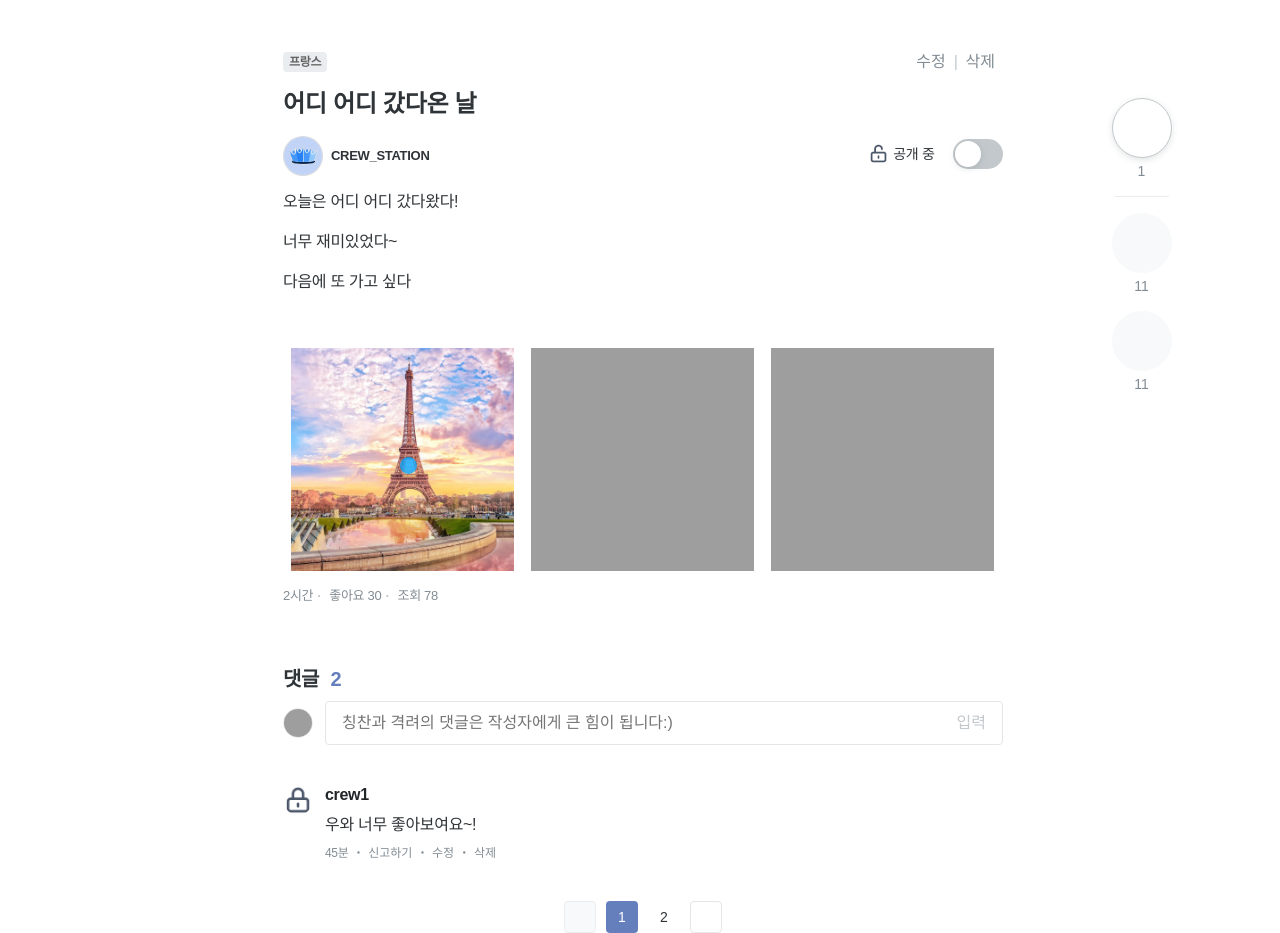
Repository: crew-station/front
Page: templates/mypage/my-diary/detail.html
The author's editor kept a copy of each file at every save. The page is drawn from the files as they stood at one save, then again after the next save.
The browser window is 1280 px wide. The pictures show the whole page.
Pictures or frames that could not be fetched are drawn as grey boxes. Some web fonts or font styles are not loaded; a fallback is used.

Above is the page before, as saved 2025-09-23 14:57:17.

### templates/mypage/my-diary/detail.html
<!DOCTYPE html>
<html lang="en">
<head>
    <meta charset="UTF-8">
    <meta name="viewport" content="width=device-width, initial-scale=1.0">
    <title>Crew Station</title>
    <link rel="shortcut icon" href="/static/images/crew-station-favicon.png" type="image/x-icon">
    <link rel="stylesheet" href="/static/css/font.css">
    <link rel="stylesheet" href="/static/css/mypage/my-diary/detail.css">
</head>
<body>
    <div class="content-container">
        <div class="content">
            <div class="content-wrap">
                <div class="crew-label-wrap">
                    <!-- 크루 이름 -->
                    <span class="crew-label">프랑스</span>
                    <div class="update">
                        <!-- 본인일 때 -->
                        <button class="update-button">수정</button>
                        <span class="bar">|</span>
                        <button class="remove-button">삭제</button>
                        <!-- 본인 아닐때 -->
                        <!-- <button class="detail-report-button detail-btn">
                                <span class="reprot-text">신고하기</span>
                        </button> -->
                    </div>
                </div>
                <!-- 제목 -->
                <div class="title">
                    <h1>어디 어디 갔다온 날</h1>
                </div>
                <!-- 프로필 -->
                <div class="profile-container">
                    <a class="profile-a">
                        <div class="profile-img">
                            <img src="/static/images/crew-station-icon-profile.png">
                        </div>
                        <span id="name">CREW_STATION</span>
                    </a>
                    <div class="lock hidden">
                        <img src="/static/images/lock.png" class="lock-img">
                        <span class="secret-title">비공개 중</span>
                    </div>
                    <div class="unlock">
                        <img src="/static/images/unlock.png" class="lock-img">
                        <span class="secret-title">공개 중</span>
                    </div>
                    <div class="secret">
                        <div class="secret-toggle">
                            <input type="checkbox" class="secret-checkbox">
                        </div>
                    </div>
                </div>
                <!-- 내용 -->
                <div class="diary-content">
                    <span class="diary-content-text">
                        <span>
                            <div id="target1" class="target">오늘은 어디 어디 갔다왔다!</div>
                            <br>
                            <div id="target2" class="target">너무 재미있었다~</div>
                            <br>
                            <div id="target3" class="target">다음에 또 가고 싶다</div>
                        </span>
                    </span>
                </div>
                <div class="images-container">
                    <div class="images-wrap">
                        <div class="images">
                            <div class="images-inner">
                                <div class="image-items">
                                    <div class="image-wrap">
                                        <div class="image">
                                            <a href="">
                                                <img class="diary-img" src="/static/images/diary-list-ex.jpeg">
                                            </a>
                                            <div class="mention">
                                                <div class="mention-container">
                                                    <button class="mention-button">
                                                        <span class="mention-span"></span>
                                                    </button>
                                                </div>
                                                <div class="mention-window">
                                                    <div class="triangle"></div>
                                                    <div class="mention-profile">
                                                        <a class="profile-a">
                                                            <div class="mention-profile-img">
                                                                <img src="/static/images/crew-station-icon-profile.png">
                                                            </div>
                                                            <span id="mention-name">CREW2</span>
                                                        </a>
                                                    </div>
                                                </div>
                                            </div>
                                        </div>
                                    </div>
                                    <div class="image-wrap">
                                        <div class="image">
                                            <a href="">
                                                <img class="diary-img" src="/static/images/diary-list-ex2.jpg">
                                            </a>
                                        </div>
                                    </div>
                                    <div class="image-wrap">
                                        <div class="image">
                                            <a href="">
                                                <img class="diary-img" src="/static/images/diary-list-ex3.jpg">
                                            </a>
                                        </div>
                                    </div>


                                </div>
                            </div>
                            <div class="diary-footer-container">
                                <div class="view-container">
                                    <span class="view">2시간</span>
                                    <dt class="view">좋아요 30</dt>
                                    <dt class="view">조회 78</dt>
                                </div>
                            </div>
                            <section class="reply-container">
                                <div class="reply-container-header">
                                    <h2 class="reply-container-title">
                                        댓글
                                        <span class="total">2</span>
                                    </h2>
                                </div>
                                <div class="comment-input-wrap">
                                    <img src="https://image.ohousecdn.com/i/bucketplace-v2-development/uploads/default_images/avatar.png?w=256&h=256&c=c">
                                    <div class="comment-input">
                                        <div class="comment-input-inner">
                                            <div class="input-inner">
                                                <input class="input" placeholder="칭찬과 격려의 댓글은 작성자에게 큰 힘이 됩니다:)" type="text">
                                                <div class="enter">
                                                    <button class="enter-button">입력</button>
                                                </div>
                                            </div>
                                        </div>
                                    </div>
                                </div>
                                <div class="reply">
                                    <div class="reply-item">
                                        <div class="profile-image">
                                            <img src="/static/images/lock.png" class="reply-profile-img">
                                        </div>
                                        <div class="reply-content">
                                            <div class="reply-name">
                                                <div class="name-text">crew1</div>
                                            </div>
                                            <div style="display: flex;">
                                                <div class="reply-content-text">우와 너무 좋아보여요~!</div>
                                            </div>
                                            <div class="reply-like">
                                                <div class="time">45분</div>
                                                <!-- 본인일때 x -->
                                                <div class="report-container">
                                                    <div class="point">・</div>
                                                    <button class="detail-report-button reply-button">신고하기</button>
                                                </div>
                                                <!-- 본인 댓글만 -->
                                                 <div class="report-container">
                                                    <div class="point">・</div>
                                                    <button class="modify-reply-button reply-button">수정</button>
                                                </div>
                                                <div class="report-container">
                                                    <div class="point">・</div>
                                                    <button class="remove-reply-button reply-button">삭제</button>
                                                </div>
                                            </div>
                                        </div>
                                    </div>
                                </div>
                                <div class="pageing-contianer">
                                    <button class="prev-next-button">
                                        <span class="prev-next prev"></span>
                                    </button>
                                    <button class="active number-button">1</button>
                                    <button class="number-button">2</button>
                                    <button class="prev-next-button active">
                                        <span class="prev-next next"></span>
                                    </button>
                                </div>
                            </section>
                        </div>
                    </div>
                </div>
            </div>
            <div class="sticky-menu">
                <div class="sticky-container">
                    <div style="position: relative;">
                        <div class="sticky-wrap">
                            <button class="sticky-like-button">
                                <span class="like-icon">
                                    <span class="like-before"></span>
                                </span>
                                <span class="like-total">1</span>
                            </button>
                            <hr class="hr">
                            <button class="go-reply">
                                <span class="go-reply-icon">
                                    <span class="go-reply-icon-span"></span>
                                </span>
                                <span class="like-total">11</span>
                            </button>
                            <button class="sticky-share-button">
                                <span class="go-share-icon">
                                    <span class="go-share-icon-span"></span>
                                </span>
                                <span class="like-total">11</span>
                            </button>
                        </div>
                    </div>
                </div>
            </div>
        </div>
    </div>
    <div>
        <div class="report-modal">
            <div class="modal-container">
                <div class="modal-header">
                    <span class="modal-title">
                        신고 사유를 선택해주세요
                    </span>
                    <button class="close-button">
                        <span class="close-button-span"></span>
                    </button>
                </div>
                <div class="modal-body">
                    <ul class="report-content-container">
                        <li class="report-content">
                            <label for="report" class="content-label">
                                <div class="radio-button active">
                                    <input type="radio" name="주제" class="radio">
                                </div>
                                <span class="content">주제에 맞지 않아요</span>
                            </label>
                        </li>
                        <li class="report-content">
                            <label for="report" class="content-label">
                                <div class="radio-button">
                                    <input type="radio" name="정보" class="radio">
                                </div>
                                <span class="content">정보가 부정확해요</span>
                            </label>
                        </li>
                        <li class="report-content">
                            <label for="report" class="content-label">
                                <div class="radio-button">
                                    <input type="radio" name="광고" class="radio">
                                </div>
                                <span class="content">지나치게 광고를 해요</span>
                            </label>
                        </li>
                        <li class="report-content">
                            <label for="report" class="content-label">
                                <div class="radio-button">
                                    <input type="radio" name="도배" class="radio">
                                </div>
                                <span class="content">이 글로 도배가 돼있어요</span>
                            </label>
                        </li>
                        <li class="report-content">
                            <label for="report" class="content-label">
                                <div class="radio-button">
                                    <input type="radio" name="저작권" class="radio">
                                </div>
                                <span class="content">저작권 침해가 우려돼요</span>
                            </label>
                        </li>
                        <li class="report-content">
                            <label for="report" class="content-label">
                                <div class="radio-button">
                                    <input type="radio" name="명예" class="radio">
                                </div>
                                <span class="content">명예를 훼손하는 내용이에요</span>
                            </label>
                        </li>
                        <li class="report-content">
                            <label for="report" class="content-label">
                                <div class="radio-button">
                                    <input type="radio" name="욕설" class="radio">
                                </div>
                                <span class="content">욕설이나 비방이 심해요</span>
                            </label>
                        </li>
                        <li class="report-content">
                            <label for="report" class="content-label">
                                <div class="radio-button">
                                    <input type="radio" name="외설" class="radio">
                                </div>
                                <span class="content">외설적인 내용이 포함돼있어요</span>
                            </label>
                        </li>
                    </ul>
                </div>
                <div class="modal-button">
                    <div class="modal-button-wrap">
                        <button class="report-button-send">신고하기</button>
                    </div>
                </div>
            </div>
        </div>
        <div class="img-modal" style="display:none;">
            <div class="img-modal-container">
                <button class="img-close-button">
                <span class="close-button-span"></span>
                </button>
                <img src="" alt="modal image">
            </div>
        </div>
        <div style="position: relative; z-index: 11;">
            <div class="remove-modal">
                <div class="remove-modal-win">
                    <div class="remove-head">
                    <p class="head-text">댓글을 삭제하시겠습니까? 삭제한 댓글은 되돌릴 수 없습니다.</p>
                    </div>
                    <div class="remove-buttons-wrap">
                        <div class="remove-buttons">
                            <button class="remove-no modal-reply-button">취소</button>
                            <button class="remove-ok">확인</button>
                        </div>
                    </div>
                </div>
            </div>
        </div>
    </div>
    <div class="toast hide" style="display: none;">
        <div class="toast-wrap">
            <p class="toast-text">클립보드에 복사되었습니다.</p>
        </div>
    </div>
</body>
<script src="/static/js/mypage/my-diary/detail/event.js"></script>
</html>

### static/css/font.css
@font-face {
	font-family: 'Pretendard Variable';
	font-style: normal;
	font-display: swap;
	font-weight: 45 920;
	src: url(../fonts/PretendardVariable.subset.12.woff2) format('woff2-variations');

}

@import "https://assets.ohou.se/design-system/bbf3fca1e650ee6d.css";@import "https://assets.ohou.se/fonts/pretendard/v1.3.8/pretendardvariable-dynamic-subset.css";@font-face {
	font-family: OhouseIcon;
	src: url(https://assets.ohou.se/design-system/3298ed52addbc709.eot);
	src: url(https://assets.ohou.se/design-system/3298ed52addbc709.eot#iefix) format("embedded-opentype"),url(https://assets.ohou.se/design-system/d8923b386a66fd50.woff2) format("woff2"),url(https://assets.ohou.se/design-system/9e79341d6a2fe0d2.woff) format("woff"),url(https://assets.ohou.se/design-system/5355f736e6a7bc5b.ttf) format("truetype"),url(https://assets.ohou.se/design-system/3ba7913eab100858.svg#OhouseIcon) format("svg");
}

Loaded but not shown: static/js/mypage/my-diary/detail/event.js (270 lines, source omitted); static/css/mypage/my-diary/detail.css (1639 lines, source omitted)

After the next save:
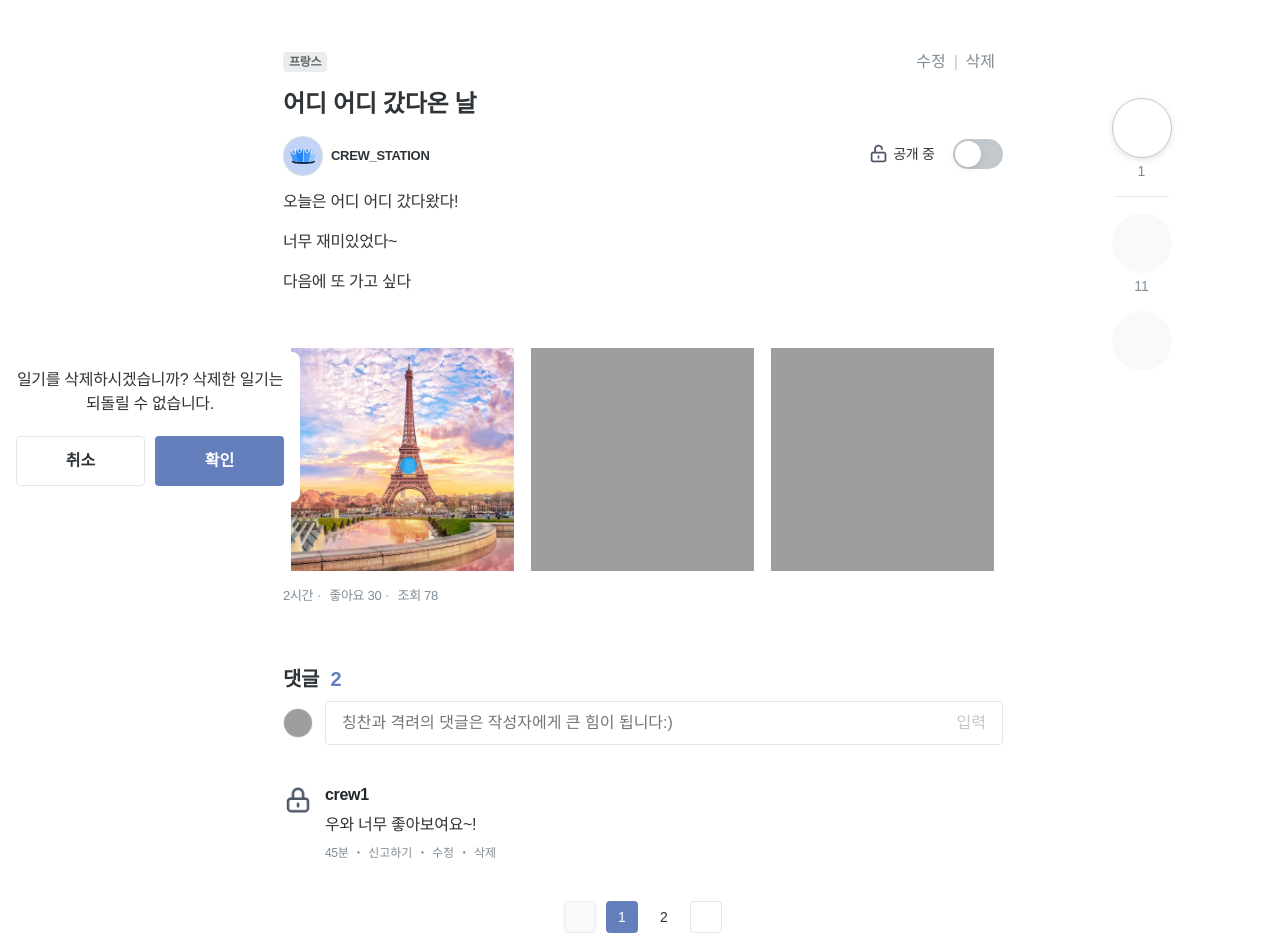
Saved 26 s later.
--- a/templates/mypage/my-diary/detail.html
+++ b/templates/mypage/my-diary/detail.html
@@ -171,13 +171,14 @@
                                         </div>
                                     </div>
                                 </div>
+                                <!-- 댓글 없으면 아예 없애기 -->
                                 <div class="pageing-contianer">
-                                    <button class="prev-next-button">
+                                    <button class="prev-next-button prev-button" disabled>
                                         <span class="prev-next prev"></span>
                                     </button>
                                     <button class="active number-button">1</button>
                                     <button class="number-button">2</button>
-                                    <button class="prev-next-button active">
+                                    <button class="prev-next-button next-button active">
                                         <span class="prev-next next"></span>
                                     </button>
                                 </div>
@@ -207,7 +208,6 @@
                                 <span class="go-share-icon">
                                     <span class="go-share-icon-span"></span>
                                 </span>
-                                <span class="like-total">11</span>
                             </button>
                         </div>
                     </div>
@@ -324,6 +324,21 @@
                 </div>
             </div>
         </div>
+        <div style="position: relative; z-index: 11;">
+            <div class="diary-remove-modal">
+                <div class="remove-modal-win">
+                    <div class="remove-head">
+                    <p class="head-text">일기를 삭제하시겠습니까? 삭제한 일기는 되돌릴 수 없습니다.</p>
+                    </div>
+                    <div class="remove-buttons-wrap">
+                        <div class="remove-buttons">
+                            <button class="remove-no modal-reply-button">취소</button>
+                            <button class="remove-ok">확인</button>
+                        </div>
+                    </div>
+                </div>
+            </div>
+        </div>
     </div>
     <div class="toast hide" style="display: none;">
         <div class="toast-wrap">
